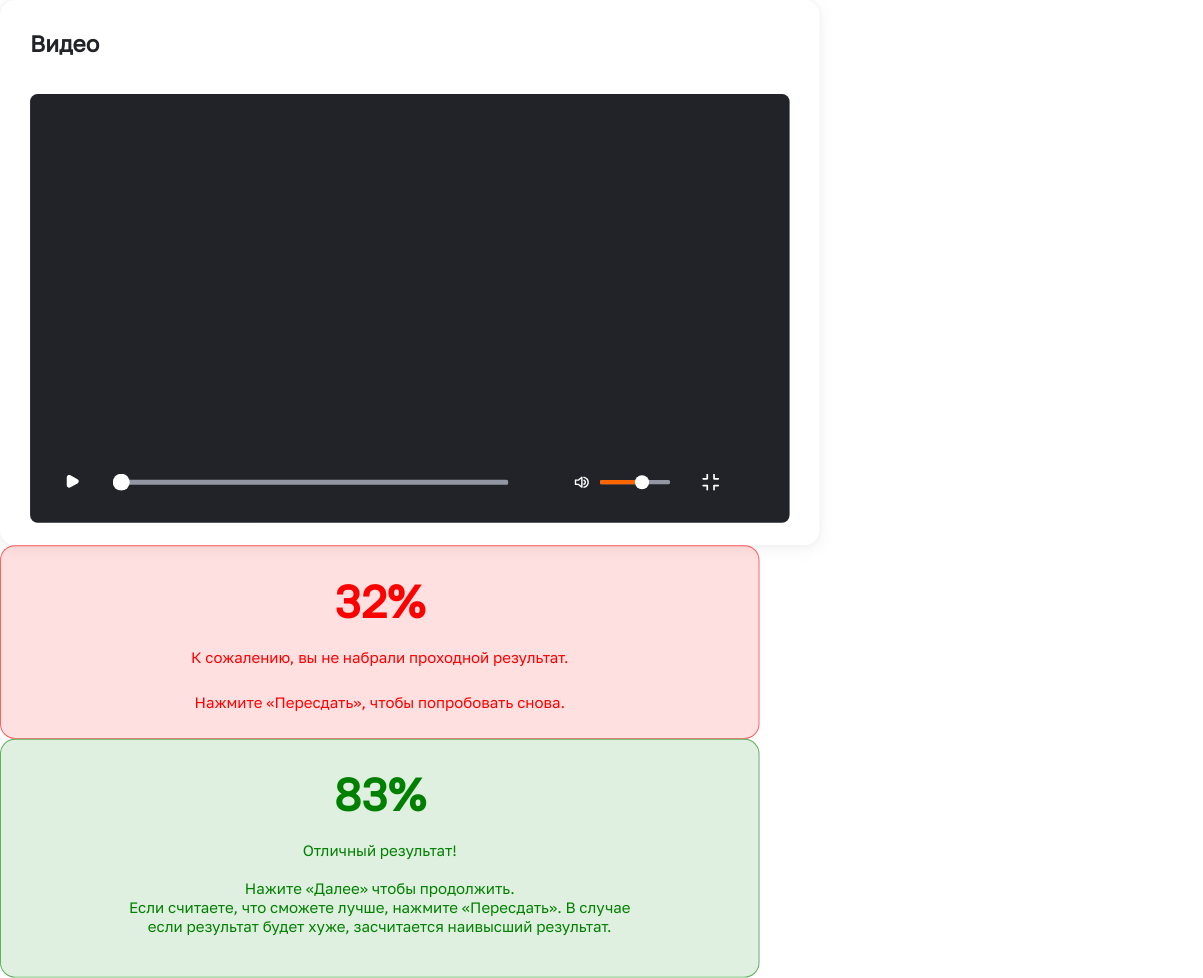
Repository: RuslanSR2424/Group5_LizaAlert
Page: index.html
The author's editor kept a copy of each file at every save. The page is drawn from the files as they stood at one save, then again after the next save.
The browser window is 1280 px wide. The pictures show the whole page, at 94% of full size.

Above is the page before, as saved 2022-03-09 18:19:21.

After the next save:
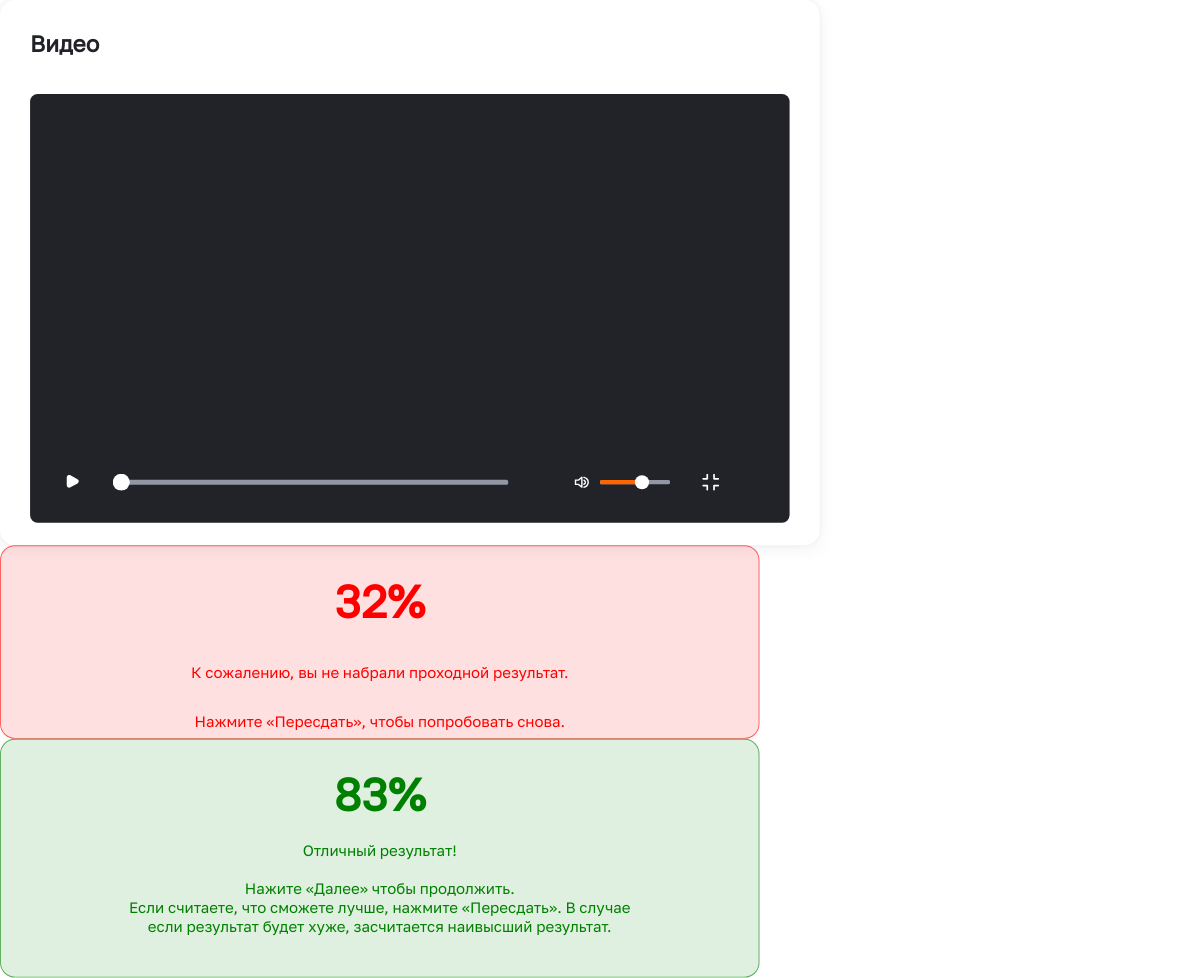
Saved 21 s later.
--- a/blocks/results/__text/_type/result__text_type_bad.css
+++ b/blocks/results/__text/_type/result__text_type_bad.css
@@ -2,5 +2,4 @@
   color: #ff0000;
   width: 680px;
   text-align: center;
-  margin: 0 0 28px 0;
 }
